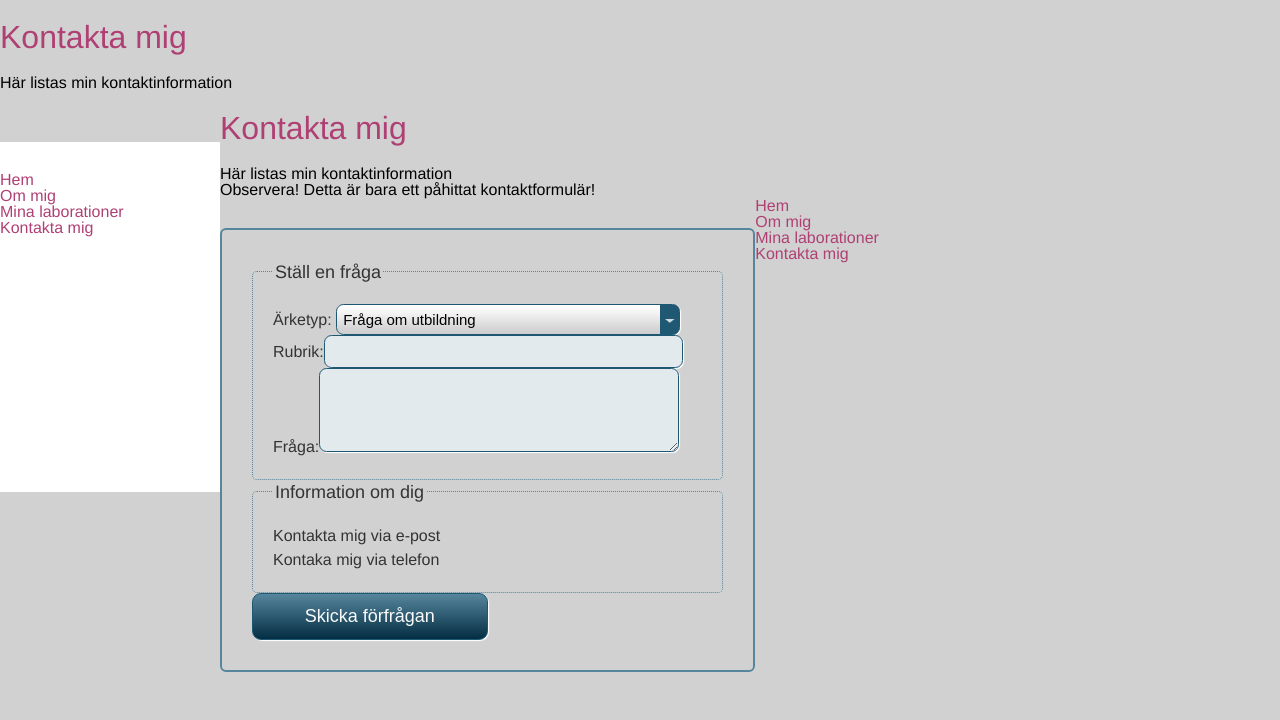
Repository: Holmewi/1ik415-jh222qr-laborationer
Page: pages/kontakt.html
The author's editor kept a record of every edit. The page is drawn from the files as they stood at one moment, then again after the next edit.
The browser window is 1280 px wide. The pictures show the whole page.

Above is the page before.

### pages/kontakt.html
<!DOCTYPE HTML>
<html lang="sv">
    <head>
        <meta charset="utf-8">
        <title>Kontakta mig - Här listas min kontaktinformation</title>
        <link rel="stylesheet" media="all" href="../css/style.css" />
    </head>
    <body>
        <container>
            <header>
                <h1>Kontakta mig</h1>
                <p>Här listas min kontaktinformation</p>
            </header>

            <nav>
                <ul>
                    <li><a href="../index.html">Hem</a></li>
                    <li><a href="presentation.html">Om mig</a></li>
                    <li><a href="laborationer.html">Mina laborationer</a></li>
                    <li><a href="kontakt.html">Kontakta mig</a></li>
                </ul>
            </nav>

            <content>
                <h1>Kontakta mig</h1>
                <p>Här listas min kontaktinformation</p>
                <p>Observera! Detta är bara ett påhittat kontaktformulär!</p>

                <a id="kontaktform"></a>
                <form id="input" action="http://voyager.lnu.se/tekinet/kurser/dtt/wp_webbintro/form.php" method="post">
                    <fieldset>
                        <legend>Ställ en fråga</legend>

                        Ärketyp:
                        <select>
                            <option value="utbildning">Fråga om utbildning</option>
                            <option value="kurs">Fråga om kurs</option>
                            <option value="hyra">Fråga om anställning</option>
                            <option value="webbplatsen">Fråga om webbplatsen</option>
                            <option value="privat">Ställ en privat fråga</option>
                        </select>
                        <br>
                        Rubrik:<input type="text" id="header"/>
                        <br>
                        Fråga:<textarea id="question" rows="4" cols="39"></textarea>
                    </fieldset>

                    <fieldset>
                        <legend>Information om dig</legend>
                        <input type="checkbox" id="e-post"/>Kontakta mig via e-post<br>
                        <input type="checkbox" id="telefon"/>Kontaka mig via telefon<br>
                    </fieldset>
                    <input type="Submit" value="Skicka förfrågan">
                </form>
             </content>
             <footer>
                <ul>
                    <li><a href="index.html">Hem</a></li>
                    <li><a href="pages/presentation.html">Om mig</a></li>
                    <li><a href="pages/laborationer.html">Mina laborationer</a></li>
                    <li><a href="pages/kontakt.html">Kontakta mig</a></li>
                </ul>
             </footer>
        </container>
    </body>
</html>

### css/style.css
@charset "UTF-8";
/* CSS Document */
/* http://meyerweb.com/eric/tools/css/reset/
   v2.0 | 20110126
   License: none (public domain)
*/

/*
	Main #97235A (Pink)
		Light main #D06C9B #AF4074
		Dark main #7B0E42 #58002A
	Secondary #1F5873 (Blue)
		Light aside #e3eaed #346B85
		Dark aside #0F445D #032D42
	Filler #B59D2A (Mustard)
		Light header #F9E482 #D2BB4C
		Dark header #947D11 #695700
	Text links #7B0E42
	Dark text #1D1D1D
	Light text #FAFAFA
	Footer #2A2A2A
*/

html, body, div, span, applet, object, iframe,
/* h1, h2, h3, h4, h5, h6, */ p, blockquote, pre,
a, abbr, acronym, address, big, cite, code,
del, dfn, em, img, ins, kbd, q, s, samp,
small, strike, strong, sub, sup, tt, var,
b, u, i, center,
dl, dt, dd, ol, ul, li,
/*fieldset, form, label, legend,*/
table, caption, tbody, tfoot, thead, tr, th, td,
article, aside, canvas, details, embed,
figure, figcaption, footer, header, hgroup,
menu, nav, output, ruby, section, summary,
time, mark, audio, video {
	margin: 0;
	padding: 0;
	border: 0;
	font-size: 100%;
	font-style: inherit;
    font-family: "Mundo Sans W01 Medium",Helvetica,sans-serif;
	vertical-align: baseline;
}
/* HTML5 display-role reset for older browsers */
article, aside, details, figcaption, figure,
footer, header, hgroup, main, menu, nav, section, container {
	display: block;
}

html {
    	overflow-y:scroll;     /* Fixar marginalen på sidor som inte har scroll */
}

body {
    background-color:#d1d1d1;
	line-height: 1;
}

    ul {
    	list-style: none;
    }

    blockquote, q {
    	quotes: none;
    }

    blockquote:before, blockquote:after,
    q:before, q:after {
    	content: '';
    	content: none;
    }

    table {
    	border-collapse: collapse;
    	border-spacing: 0;
    }



#wrapper {
	margin-left: auto;
	margin-right: auto;
    max-width: 1000px;
    height: 100%;
}

    header #top {
        width: 1000px;
    }

    header .asideheader {

    }

        #headerTop {
            width: 1000px;
            min-height: 10px;
        	background-color: #97235A;
        }

        #headerBottom {
            width: 1000px;
            min-height: 95px;
        	background-image:url(pics/header_bg.png);
        	background-color: #D06C9B;
        }

        #divTextlogo {
            margin: 30px 0px 0px 30px;
            float: left;
        	font-weight:100;
        	font-size:30px;
            color: #FAFAFA;
        }

/* HEADMENU */

    nav {
        width: 220px;
        min-height: 300px;
        padding-top: 30px;
        padding-bottom: 20px;
        margin: 30px 0px 25px 0px;
        float: left;
        background-color: #FFF;
    }

        #headmenu ul {
            margin: 0;
            padding: 0;
            list-style-type: none;
            font-size: 18px;
        }

        #headmenu ul li{float:left; width:100%;}

        #headmenu ul li a {
            display: block;
            background: #d9d9d9;
            /*width: 220px;*/
            text-decoration: none;
            padding: 15px 0px 15px 20px;
            margin: 1px 0px 0px 0px;
            border-left: 10px solid #97235A;
            color: #333333;

        }

            #headmenu ul li a:hover {
                border-left-color: #56869D;
                color: #56869D;
                background: #c4c4c4;
            }

            #headmenu ul li a:active {
                border-left-color: #1F5873;
                color: #1F5873;
                background: #c4c4c4;
            }

            #headmenu .active {
                border-left-color: #1F5873;
                color: #333333;
                background: #c4c4c4;
            }

            #headmenu a {
                background-image:url(pics/sprite.png);
            }

            #headmenu #homepage:hover {
                background-image:url(pics/sprite.png);
                background-repeat: no-repeat;
                background-position: 175px 12px;
            }


            #headmenu #homepage {
                background-image:url(pics/sprite.png);
                background-repeat: no-repeat;
                background-position: 175px -36px;
            }

            #headmenu #aboutpage:hover {
                background-image:url(pics/sprite.png);
                background-repeat: no-repeat;
                background-position: 175px -180px;
            }

            #headmenu #aboutpage {
                background-image:url(pics/sprite.png);
                background-repeat: no-repeat;
                background-position: 175px -228px;
            }

            #headmenu #labpage:hover {
                background-image:url(pics/sprite.png);
                background-repeat: no-repeat;
                background-position: 175px -84px;
            }

            #headmenu #labpage {
                background-image:url(pics/sprite.png);
                background-repeat: no-repeat;
                background-position: 175px -132px;
            }

            #headmenu #contactpage:hover {
                background-image:url(pics/sprite.png);
                background-repeat: no-repeat;
                background-position: 175px -276px;
            }

            #headmenu #contactpage {
                background-image:url(pics/sprite.png);
                background-repeat: no-repeat;
                background-position: 175px -324px;
            }

/* ASIDE */

    #sidefield {
        font-size: 14px;
        float: right;
        height: auto;
        max-width: 170px;
        width: 100%;
        padding: 30px;
        margin: 30px 0px 30px 0px;
        /* total width 730 */
        background-color: #FFF;
    }

    #sidefield p {
        padding-top: 5px;
    }

/* MAIN CONTENT */

    main {
        width: 670px;
        float: left;
        padding: 30px;
        margin: 30px 0px 30px 20px;
        /* total width 730 */
        background-color: #FFF;
    }

    #contenthome {
        width: 450px;
    }

        #mainheader {
            width: 100%;
            float: left;
            height: auto;
            margin: 0px 0px 20px 0px;
            border-style: double;
            border-color: #D9D9D9;
            border-width: 0px 0px 4px 0px;
        }

            #mainheader h4 {
                margin-top: -10px;
            }

                #home .blogg {
                    max-width: 470px;
                    clear: none;
                }

                .blogg {
                    float: left;
                    max-width: 100%;
                    height: 100%;
                	padding: 0px 0px 40px 0px;
                	margin: 0px 0px 40px 0px;
                    border-style: dotted;
                    border-color: #D9D9D9;
                    border-width: 0px 0px 1px 0px;
                    clear: both;
                }

                    #hcard-Joakim-Torbjorn-Holmevi {

                    }

                    .blogg p {
                	padding-bottom: 20px;
                    }

                    .bloggContent {
                        height: auto;
                    	padding-bottom: 20px;
                    }

                    .bloggInfo {
                        padding-top: 10px;
                        padding-bottom: 10px;
                        border-style: dotted;
                        border-color: #D9D9D9;
                        border-width: 1px 0px 0px 0px;
                        clear: both;
                    }

                    .bloggInfo p, .bloggInfo a {
                    	font-size: 12px;
                        display: inline;
                    }

                    .comments {
                        width: 90%;
                        float: left;
                        background-color: #F1F1F1;
                        padding: 0px 20px 0px 20px;
                        border-style: solid;
                        border-color: #D9D9D9;
                        border-width: 0px 0px 5px 0px;
                    }

                    .comment {
                        display: inline-block;
                        line-height: 2px;
                    	font-size: 12px;
                        width: 90%;
                    }

                    .commentlink {
                        display: inline-block;
                    	font-size: 12px;
                        width: 100%;
                    }



/* FOOTER */

    #bottom {
        max-width: 1000px;
        height: 173px;
        /* total width 1000 */
        /* total height 253 */
        background-color: #2A2A2A;
        border-style: solid;
        border-color: #97235A;
        border-width: 10px 0px 0px 0px;
        clear: both;
        background-image:url(pics/footer_bg.png);
    }

        #footerNav {
            padding-top: 30px;
            width: 440px;
            margin: auto;
        }



/* HEADERS, LISTS AND TEXT */

    h1 {
        font-size: 32px;
    	font-weight: 400;
    	color: #AF4074;
    }

    h2 {
        font-size: 24px;
    }

    h3 {
        font-size: 18px;
    }

    h4 {
        font-size: 14px;
    }

    .bloggContent H2 {
        padding-left: 30px;
        padding-bottom: 14px;
        background-image:url(pics/blogicon.png);
        background-repeat: no-repeat;
        background-size: 23px 23px;
    }

    .ingress {
    	font-weight: 800;
    	padding-bottom: 20px;
    }

/* IMAGES AND VIDEOS */

    .bloggVideo {
        max-width: 450px;
        padding: 7px 0px 0px 0px;
    }

    .logotyp {
        max-height: 80px;
        padding: 7px 0px 0px 20px;
    }

    .profilbild {
        padding: 0px 20px 10px 0px;
        float: left;
        max-width: 140px;
    }

    .bloggbild {
        max-width: 450px;
        padding: 0px 0px 20px 0px;
    }

    .bloggBild_right {
        max-width: 220px;
        padding: 0px 0px 10px 15px;
    }

    .bloggBild_left {
        max-width: 220px;
        padding: 0px 15px 10px 0px;
    }



/* GENERAL CLASSES */

    .borderRadius {
    	-webkit-border-radius: 6px;
    	-moz-border-radius: 6px;
    	border-radius: 6px;
    }



    .displayinline {
        display: inline;
    }

    .blogg table {
        width: 600px;
    }

    .blogg table, .blogg tr, .blogg th, .blogg td {
        padding: 5px;
    	border: solid 1px;
    	border-color: #455;
    }

    .labList dd, .labList ol {
    	margin-left: 35px;
    }

    .labList li, .labList dt, .labList dd, .labList p {
    	font-size: 16px;
    }

    .labList a, .labList dt, .labList dd, .labList ul {
    	font-size: 14px;
    }

    .labList dt, .labList dd, .labList li, .labList dt, .labList dd, .labList p {
    	padding-bottom: 5px;
    }

    .floatleft {
    	float: left;
    }

    .floatright {
    	float: right;
    }

    .clearboth {
    	clear: both;
    }

    .rightalign {
        text-align: right;
    }

/* LINKS */

    a:link {
        color:#AF4074;
        text-decoration:none;
    }
    a:visited {
        color:#AF4074;
        text-decoration:none;
    }
    a:hover {
        color:#56869D;
        text-decoration:underline;
    }
    a:active {
        color:#56869D;
        text-decoration:underline;
    }

    #bottom a:link { color:#FFF;  }
    #bottom a:visited { color:#FFF;  }
    #bottom a:hover { color:#FFF;  }
    #bottom a:active { color:#FFF;  }

    #bottom li {
    	font-size: 18px;
    	margin-right: 20px;
    	display:inline;
    }






/* FORM */
/*
Hittade lite nyttig hjälp på mozilla developer för att ändra utseendet på checkboxarna
Källa: https://developer.mozilla.org/en-US/docs/Web/Guide/HTML/Forms/Advanced_styling_for_HTML_forms
*/

    .form {

        height: auto;
    	margin: 0px;
    }

        form {
            float: left;
            line-height: 24px;
            color: #333333;
            border: 2px solid #56869D;
            border-radius: 6px;
            -webkit-border-radius: 6px;
            -moz-border-radius: 6px;
            margin: 30px 0px 0px 0px;
            padding: 30px;
            display: inline-block;
        }

            #observe {
                clear: both;
                padding-top: 20px;
                margin-top: 20px;
            }

            fieldset {
                border : 1px dotted #56869D;
                border-radius: 5px;
                margin : 0;
                padding: 20px;
            }

                #set_form p {
                    padding-top: 12px;
                }

                #contact_info {
                    margin-top: 20px;
                    margin-bottom: 30px;
                }

                legend {
                    font-size: 18px;
                }

                label {
                  cursor: pointer;
                }

                form p {
                  margin: 0;
                }

                form p+p {
                  margin: .5em 0 0;
                }

                input[type=text], input[type=submit], textarea, select {
                    -webkit-appearance: none;     /* Tar bort standardutseendet på elementen */
                }


                select {
                    border: 1px solid #1F5873;
                    padding: 6px;
                    font-size: 15px;
                    line-height: 17px;
                    width: 80%;
                    background: -webkit-gradient(linear, left top, left bottom, from(#fff), to(#ccc));
                    -webkit-appearance: none;
                    -webkit-box-shadow: 1px 1px 1px #fff;
                    -webkit-border-radius: 0.5em;
                }

                /* original check box are push outside the viexport */
                :root input[type=checkbox] {
                    position: absolute;
                    left: -1000em;
                }

                :root input[type=checkbox] + label:before {
                    content: "";
                    display: inline-block;
                    width  : 19px;
                    height : 19px;
                    margin : 0 .5em 0 0;
                    background: url("pics/checkbox_sprite2.png") no-repeat 0 0;

                    /* The following is used to adjust the position of
                    the check boxes on the text baseline */

                    vertical-align: bottom;
                    position: relative;
                    bottom: 2px;
                }

                :root input[type=checkbox]:checked + label:before {
                    background-position: 0 -19px;
                }

                :root input[type=checkbox]:disabled + label:before {
                    background-position: 0 -38px;
                }

                :root input[type=checkbox]:checked:disabled + label:before {
                    background-position: 0 -57px;
                }

                :root input[type=checkbox]:focus {
                    outline: 1px dotted black;
                }

                select {
                    background: url("pics/form_list_bg.png") no-repeat right;
                    background-size: auto 32px;
                }

                input[type=text], textarea {
                    border: 1px solid #1F5873;
                    padding: 7px;
                    font-size: 15px;
                    line-height: 17px;
                    width: 80%;
                    background-color: #e3eaed;
                    -webkit-appearance: none;
                    -webkit-box-shadow: 1px 1px 1px #fff;
                    -webkit-border-radius: 0.5em;
                 }

                input[type=submit] {
                    border: 1px solid #1F5873;
                    padding: 14px;
                    font-size: 18px;
                    line-height: 17px;
                    width: 50%;
                    color: #FAFAFA;
                    background: -webkit-gradient(linear, left top, left bottom, from(#56869D), to(#032D42));
                    -webkit-appearance: none;
                    -webkit-box-shadow: 1px 1px 1px #fff;
                    -webkit-border-radius: 0.5em;
                 }

After the next edit:
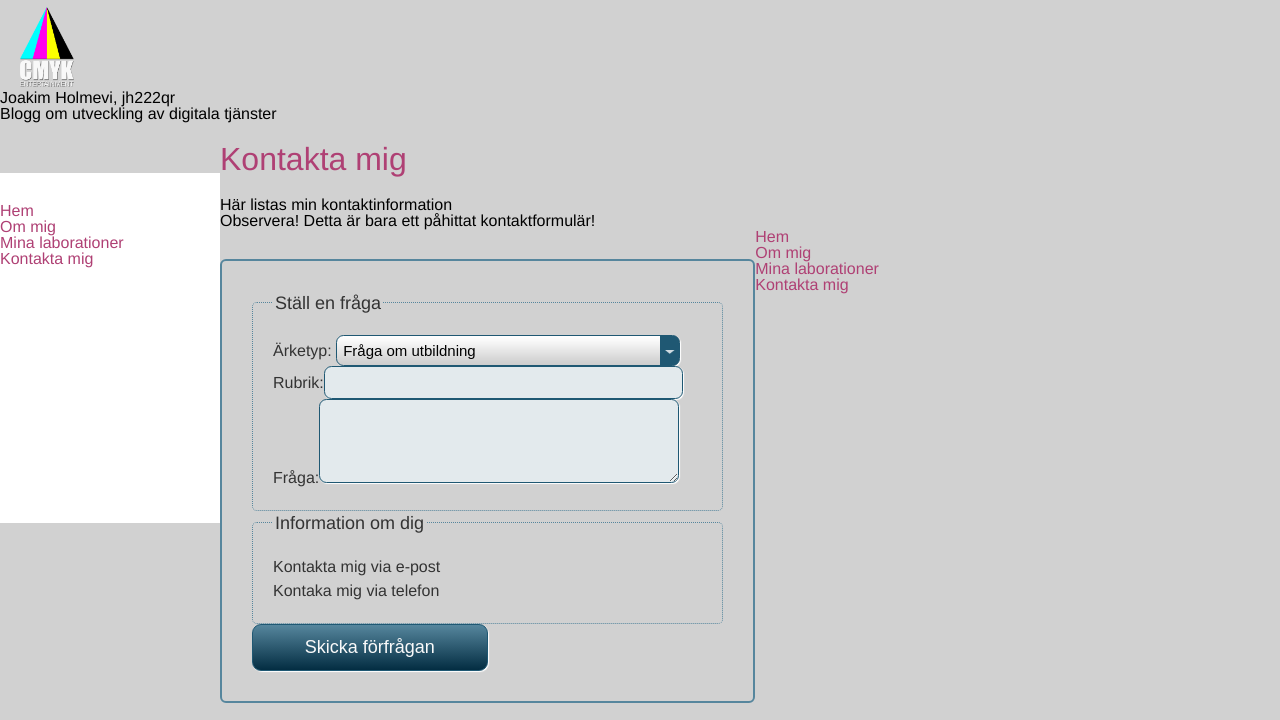
The edit:
--- a/pages/kontakt.html
+++ b/pages/kontakt.html
@@ -8,8 +8,9 @@
     <body>
         <container>
             <header>
-                <h1>Kontakta mig</h1>
-                <p>Här listas min kontaktinformation</p>
+                <img src="../pics/logo.png" alt="min logotyp" class="logotyp">
+                <p>Joakim Holmevi, jh222qr</p>
+                <p>Blogg om utveckling av digitala tjänster</p>
             </header>
 
             <nav>
